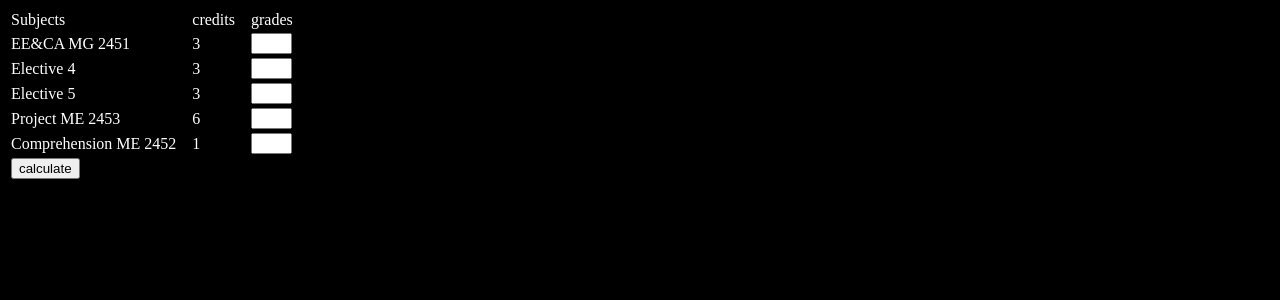
Repository: vigineshs/Mobile-Applications
Page: AnnaUniv GPA Calc/AnnaUniv GPA Calculator Updated/assets/www/mec08sem8.html
These files come from the project's save history. The page is drawn as it stood at one moment and after the next save; the edit follows.
The browser window is 1280 px wide. The pictures show the whole page.

Above is the page before, as saved 2012-05-08 12:42:47.

### AnnaUniv GPA Calc/AnnaUniv GPA Calculator Updated/assets/www/mec08sem8.html
<!DOCTYPE HTML>
<html>
<head>
<title>GPA</title>
<script type="text/javascript" charset="utf-8" src="/AnnaUniv GPA Calculator/assets/www/cordova-1.7.0.js"></script>
<script type="text/javascript">
function f()
{
var credits=16;
var t=document.f1.t1.value;
var s1=0;
if(t == "S" || t=="s")
s1 = 10*3;
else if(t == "A" || t=="a")
s1 = 9*3;
else if(t == "B" || t=="b")
s1 = 8*3;
else if(t == "C" || t=="c")
s1 = 7*3;
else if(t == "D" || t=="d")
s1 = 6*3;
else if(t == "E" || t=="e")
s1 = 5*3;
else if(t=="U" || t=="u")
credits-=3;
else
{
window.alert("invalid grade in sub 1");
exit(0);
}

var t=document.f1.t2.value;
if(t == "S" || t=="s")
s1 += 10*3;
else if(t == "A" || t=="a")
s1 += 9*3;
else if(t == "B" || t=="b")
s1 += 8*3;
else if(t == "C" || t=="c")
s1 += 7*3;
else if(t == "D" || t=="d")
s1 += 6*3;
else if(t == "E" || t=="e")
s1 += 5*3;
else if(t=="U" || t=="u")
credits-=3;
else
{
window.alert("invalid grade in sub 2");
exit(0);
}


var t=document.f1.t3.value;
if(t == "S" || t=="s")
s1 += 10*3;
else if(t == "A" || t=="a")
s1 += 9*3;
else if(t == "B" || t=="b")
s1 += 8*3;
else if(t == "C" || t=="c")
s1 += 7*3;
else if(t == "D" || t=="d")
s1 += 6*3;
else if(t == "E" || t=="e")
s1 += 5*3;
else if(t=="U" || t=="u")
credits-=3;
else
{
window.alert("invalid grade in sub 3");
exit(0);
}

var t=document.f1.t4.value;
if(t == "S" || t=="s")
s1 += 10*6;
else if(t == "A" || t=="a")
s1 += 9*6;
else if(t == "B" || t=="b")
s1 += 8*6;
else if(t == "C" || t=="c")
s1 += 7*6;
else if(t == "D" || t=="d")
s1 += 6*6;
else if(t == "E" || t=="e")
s1 += 5*6;
else if(t=="U" || t=="u")
credits-=6;
else
{
window.alert("invalid grade in sub 4");
exit(0);
}

var t=document.f1.t5.value;
if(t == "S" || t=="s")
s1 += 10*1;
else if(t == "A" || t=="a")
s1 += 9*1;
else if(t == "B" || t=="b")
s1 += 8*1;
else if(t == "C" || t=="c")
s1 += 7*1;
else if(t == "D" || t=="d")
s1 += 6*1;
else if(t == "E" || t=="e")
s1 += 5*1;
else if(t=="U" || t=="u")
credits-=1;
else
{
window.alert("invalid grade in sub 5");
exit(0);
}

var g=s1/credits;
if(credits==16)
{
window.alert("Congrats!\n"+g);
}
else
window.alert(g);

}
</script>

</head>
<body style="background-color:black; color:white" >
<form name="f1">
<table>
<tr><td>Subjects</td><td>&nbsp;&nbsp;&nbsp;credits</td><td>&nbsp;&nbsp;&nbsp;grades</td>
<tr><td>EE&CA MG 2451</td><td>&nbsp;&nbsp;&nbsp;3</td> <td>&nbsp;&nbsp;&nbsp;<input type="text" size="2" name="t1" /></td></tr>
<tr><td>Elective 4</td><td>&nbsp;&nbsp;&nbsp;3</td> <td>&nbsp;&nbsp;&nbsp;<input type="text" size="2" name="t2" /></td></tr>
<tr><td>Elective 5</td><td>&nbsp;&nbsp;&nbsp;3</td> <td>&nbsp;&nbsp;&nbsp;<input type="text" size="2" name="t3" /></td></tr>
<tr><td>Project ME 2453</td> <td>&nbsp;&nbsp;&nbsp;6</td><td>&nbsp;&nbsp;&nbsp;<input type="text" size="2" name="t4" /></td></tr>
<tr><td>Comprehension ME 2452</td><td>&nbsp;&nbsp;&nbsp;1</td> <td>&nbsp;&nbsp;&nbsp;<input type="text" size="2" name="t5" /></td></tr>
<tr colspan="2"><td><input type="submit" onclick="f();" value="calculate" /></td></tr>

</table>
</form>
</body>
</html>

Loaded but not shown: AnnaUniv GPA Calc/AnnaUniv GPA Calculator Updated/assets/www/cordova-1.7.0.js (library)

After the next save:
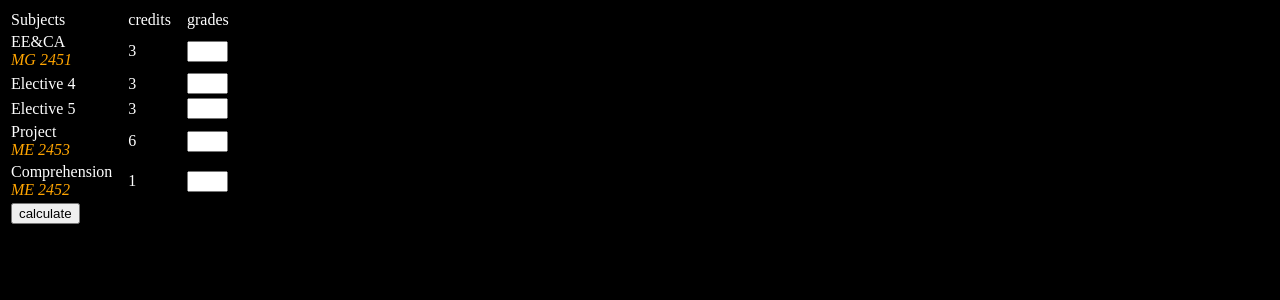
Saved 26 s later.
--- a/AnnaUniv GPA Calc/AnnaUniv GPA Calculator Updated/assets/www/mec08sem8.html
+++ b/AnnaUniv GPA Calc/AnnaUniv GPA Calculator Updated/assets/www/mec08sem8.html
@@ -130,11 +130,11 @@ window.alert(g);
 <form name="f1">
 <table>
 <tr><td>Subjects</td><td>&nbsp;&nbsp;&nbsp;credits</td><td>&nbsp;&nbsp;&nbsp;grades</td>
-<tr><td>EE&CA MG 2451</td><td>&nbsp;&nbsp;&nbsp;3</td> <td>&nbsp;&nbsp;&nbsp;<input type="text" size="2" name="t1" /></td></tr>
+<tr><td>EE&CA <br /><i style="color:orange">MG 2451</td><td>&nbsp;&nbsp;&nbsp;3</td> <td>&nbsp;&nbsp;&nbsp;<input type="text" size="2" name="t1" /></td></tr>
 <tr><td>Elective 4</td><td>&nbsp;&nbsp;&nbsp;3</td> <td>&nbsp;&nbsp;&nbsp;<input type="text" size="2" name="t2" /></td></tr>
 <tr><td>Elective 5</td><td>&nbsp;&nbsp;&nbsp;3</td> <td>&nbsp;&nbsp;&nbsp;<input type="text" size="2" name="t3" /></td></tr>
-<tr><td>Project ME 2453</td> <td>&nbsp;&nbsp;&nbsp;6</td><td>&nbsp;&nbsp;&nbsp;<input type="text" size="2" name="t4" /></td></tr>
-<tr><td>Comprehension ME 2452</td><td>&nbsp;&nbsp;&nbsp;1</td> <td>&nbsp;&nbsp;&nbsp;<input type="text" size="2" name="t5" /></td></tr>
+<tr><td>Project <br /><i style="color:orange">ME 2453</td> <td>&nbsp;&nbsp;&nbsp;6</td><td>&nbsp;&nbsp;&nbsp;<input type="text" size="2" name="t4" /></td></tr>
+<tr><td>Comprehension <br /><i style="color:orange">ME 2452</td><td>&nbsp;&nbsp;&nbsp;1</td> <td>&nbsp;&nbsp;&nbsp;<input type="text" size="2" name="t5" /></td></tr>
 <tr colspan="2"><td><input type="submit" onclick="f();" value="calculate" /></td></tr>
 
 </table>
